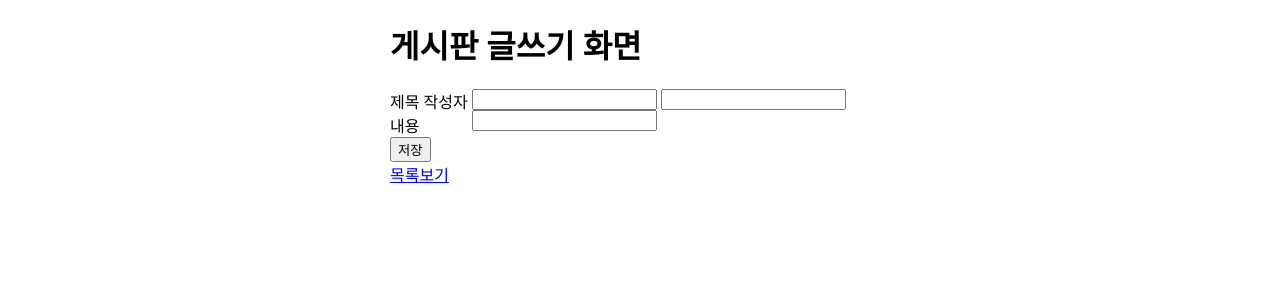
Repository: saysang22/servlet
Page: http://localhost/bbs/write.jsp
An editor plug-in stored every save of this project. The page is shown before and after the next save, followed by the edit.
The browser window is 1280 px wide. The pictures show the whole page.
The page is served by Tomcat 10.

Above is the page before, as saved 2024-06-05 01:45:30.

After the next save:
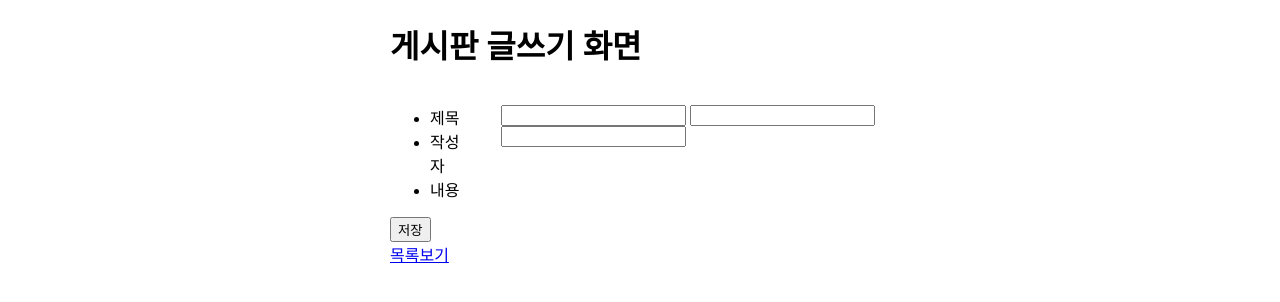
Saved 58 s later.
--- a/bbs/src/main/webapp/write.jsp
+++ b/bbs/src/main/webapp/write.jsp
@@ -21,16 +21,16 @@
 		<h1>게시판 글쓰기 화면</h1>
 		<form action="write.do" method="post">
 			<div class="inputWrap">
-				<div>
-					<label>제목</label>
-					<label>작성자</label>
-					<label>내용</label>
-				</div>
-				<div>
+				<ul>
+					<li><label>제목</label></li>
+					<li><label>작성자</label></li>
+					<li><label>내용</label></li>
+				</ul>
+				<ul>
 					<input type="text" name="title">
 					<input type="text" name="author">
 					<input type="text" name="content">
-				</div>
+				</ul>
 			</div>
 			<input type="submit" value="저장">
 		</form>
